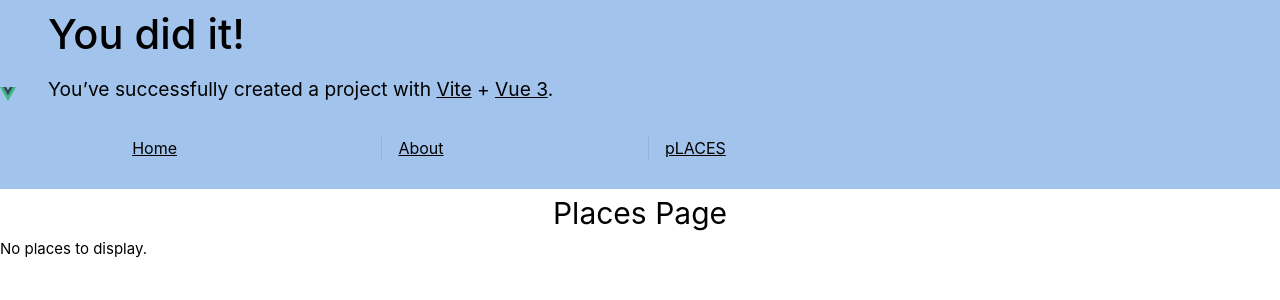
Repository: KevMn6ix/MOD8-2232-GRA-Damois-Leroi--Morant-Munto
Page: /places/activities (app in MOD8-2232-GRA-Damois-Leroi--Morant-Munto/)
The author's editor kept a copy of each file at every save. The page is drawn from the files as they stood at one save, then again after the next save.
The browser window is 1280 px wide. The pictures show the whole page.
The project was rebuilt for these pictures with package versions that can differ from the ones it lists, and the page was loaded fresh each time. Also part of the build but not shown: MOD8-2232-GRA-Damois-Leroi--Morant-Munto/vite.config.js, MOD8-2232-GRA-Damois-Leroi--Morant-Munto/src/components/RowLandingPage.vue, MOD8-2232-GRA-Damois-Leroi--Morant-Munto/src/components/PlaceItem.vue, MOD8-2232-GRA-Damois-Leroi--Morant-Munto/src/components/PlaceList.vue.

Above is the page before, as saved 2023-10-04 11:33:53.

After the next save:
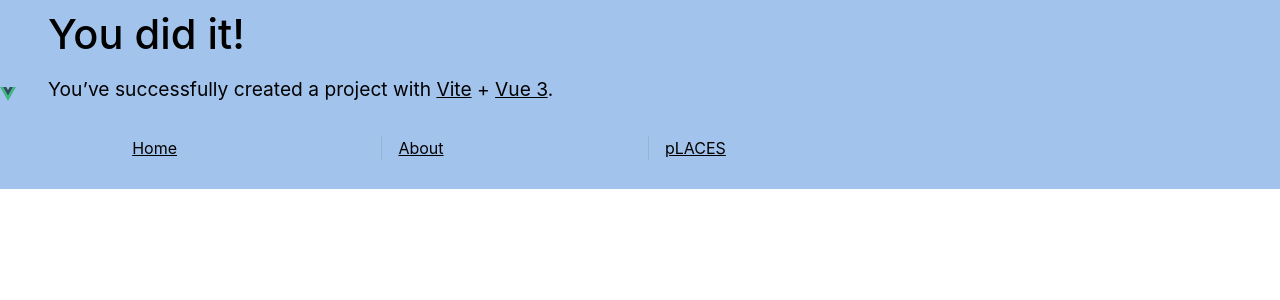
Console error: ReferenceError: types is not defined
Saved 12 s later.
--- a/MOD8-2232-GRA-Damois-Leroi--Morant-Munto/src/views/PlaceListView.vue
+++ b/MOD8-2232-GRA-Damois-Leroi--Morant-Munto/src/views/PlaceListView.vue
@@ -14,9 +14,10 @@
     created() {
         // Access the type parameter from the URL
         const type = this.$route.params.types;
+        console.log(types);
 
         // Simulate loading places based on the 'type' parameter
-        switch (type) {
+        switch (types) {
         case 'restaurants':
             this.loadedPlaces = [
             { id: 3, name: 'Activity 1', rating: 3 },
